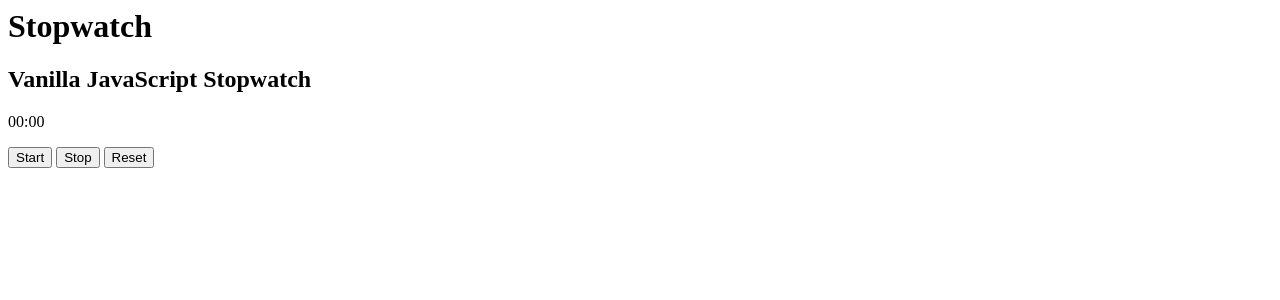
Repository: LeyaAbraham/web-dev
Page: clock.html
These files come from the project's save history. The page is drawn as it stood at one moment and after the next save; the edit follows.
The browser window is 1280 px wide. The pictures show the whole page.

Above is the page before, as saved 2021-01-05 22:28:48.

After the next save:
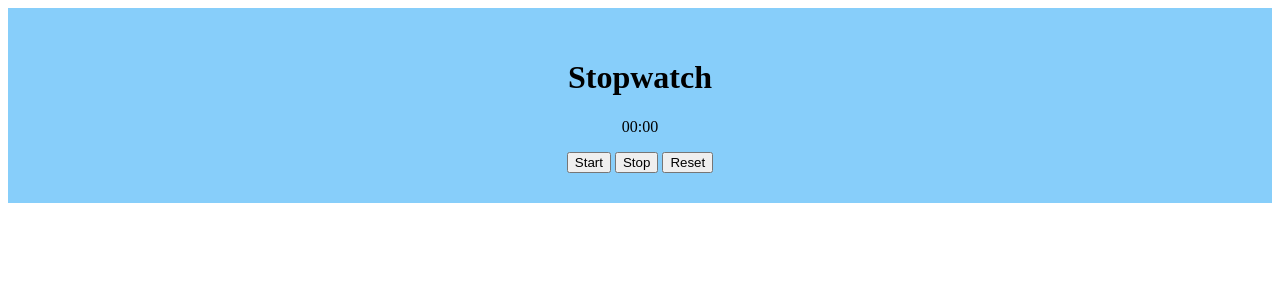
Console error: TypeError: Cannot set properties of null (setting 'onclick')
Saved 21 s later.
--- a/clock.html
+++ b/clock.html
@@ -1,8 +1,20 @@
-<div class="wrapper">
-    <h1>Stopwatch</h1>
-    <h2>Vanilla JavaScript Stopwatch</h2>
-    <p><span id="seconds">00</span>:<span id="tens">00</span></p>
-    <button id="button-start">Start</button>
-    <button id="button-stop">Stop</button>
-    <button id="button-reset">Reset</button>
-</div>
+<!DOCTYPE html>
+<html>
+
+<head>
+    <title>Page Title</title>
+    <link rel="stylesheet" href="style.css" type="text/css">
+    <script src="clock.js"></script>
+</head>
+
+<body>
+    <div id="wrap">
+        <h1>Stopwatch</h1>
+        <p><span id="seconds">00</span>:<span id="nano">00</span></p>
+        <button id="start">Start</button>
+        <button id="stop">Stop</button>
+        <button id="reset">Reset</button>
+    </div>
+</body>
+
+</html>
